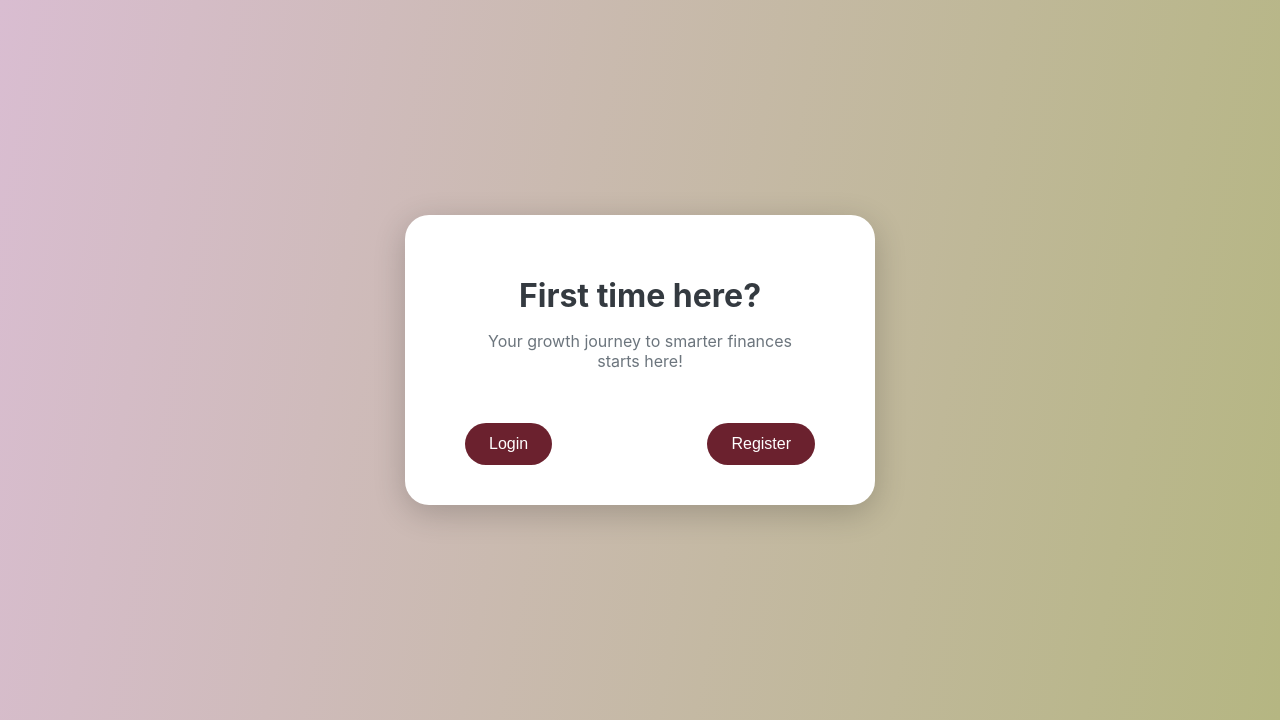
Repository: aab232/https---github.com-aab232-Deferred-Payment-Platform
Page: / (app in frontend/)
These files come from the project's save history. The page is drawn as it stood at one moment and after the next save; the edit follows.
The browser window is 1280 px wide. The pictures show the whole page.
The project was rebuilt for these pictures with package versions that can differ from the ones it lists, and the page was loaded fresh each time. Also part of the build but not shown: frontend/src/components/Register.js, frontend/src/components/Login.js, frontend/src/components/Main.js.

Above is the page before, as saved 2025-03-19 13:39:29.

After the next save:
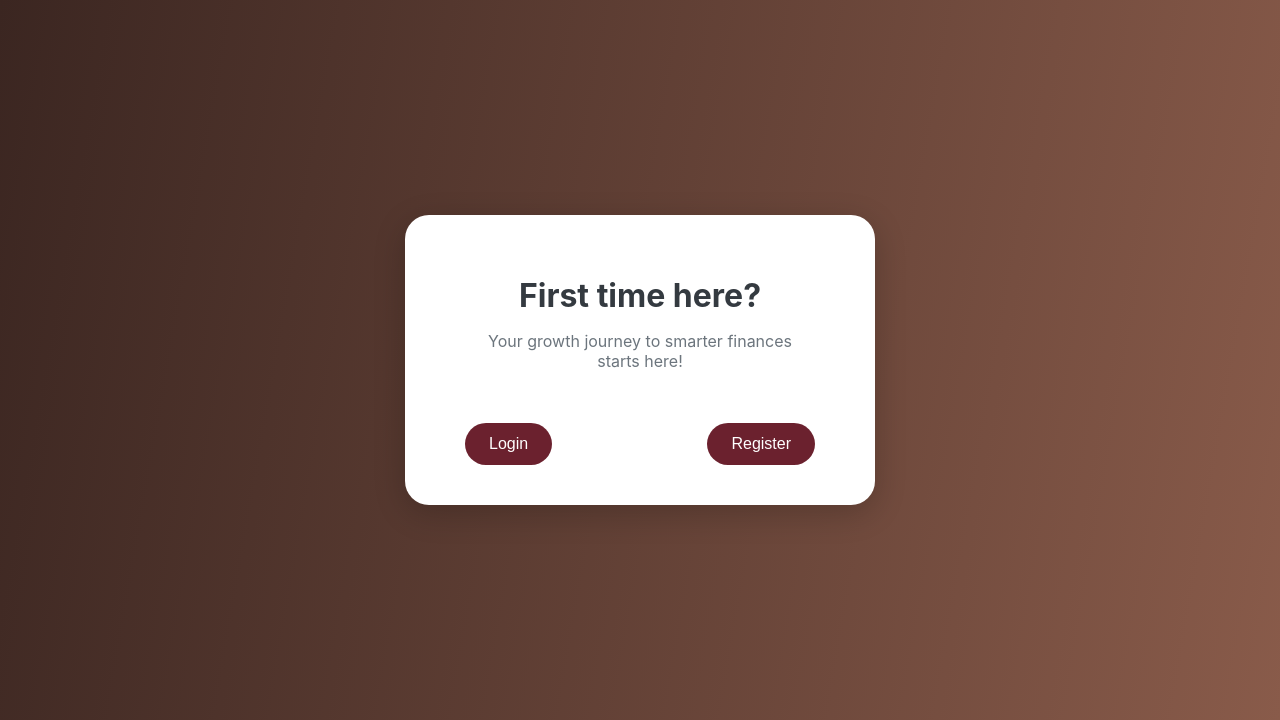
Saved 117 s later.
--- a/frontend/src/components/Form.css
+++ b/frontend/src/components/Form.css
@@ -3,7 +3,7 @@
     justify-content: center;
     align-items: center;
     height: 100vh;
-    background: linear-gradient(100deg, #d9bdd1, #b5b682);
+    background: linear-gradient(100deg, #3B2621, #895B4A);
   }
 
   .form-card {
